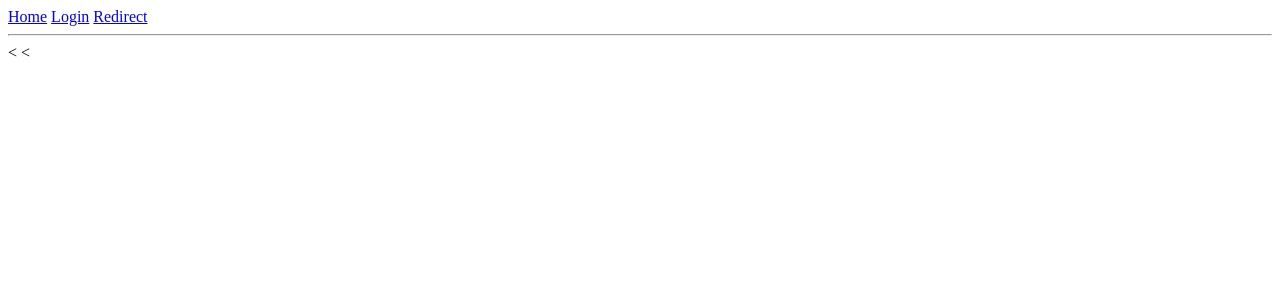
Repository: Gurudutt-S/cts-training
Page: http://localhost/ImplicitObjects/actions.jsp
An editor plug-in stored every save of this project. The page is shown before and after the next save, followed by the edit.
The browser window is 1280 px wide. The pictures show the whole page.
The page is served by Tomcat 9.

Above is the page before, as saved 2020-02-05 06:49:43.

After the next save:
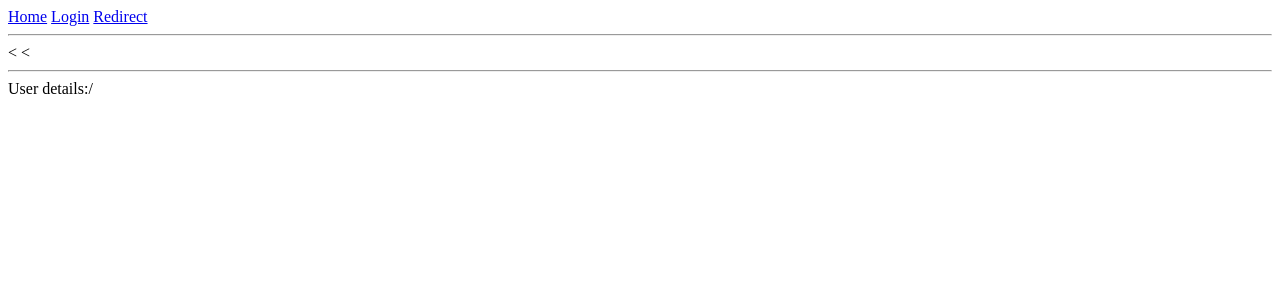
Saved 30 s later.
--- a/Day_30/ImplicitObjects/WebContent/actions.jsp
+++ b/Day_30/ImplicitObjects/WebContent/actions.jsp
@@ -5,5 +5,9 @@
 </jsp:useBean>
 <jsp:setProperty property="username" name="user" value="admin007" />
 <<jsp:setProperty property="password" name="user" value="admin#1234" />
+
+<hr>
+User details:/<br>
+
 </body>
 </html>
